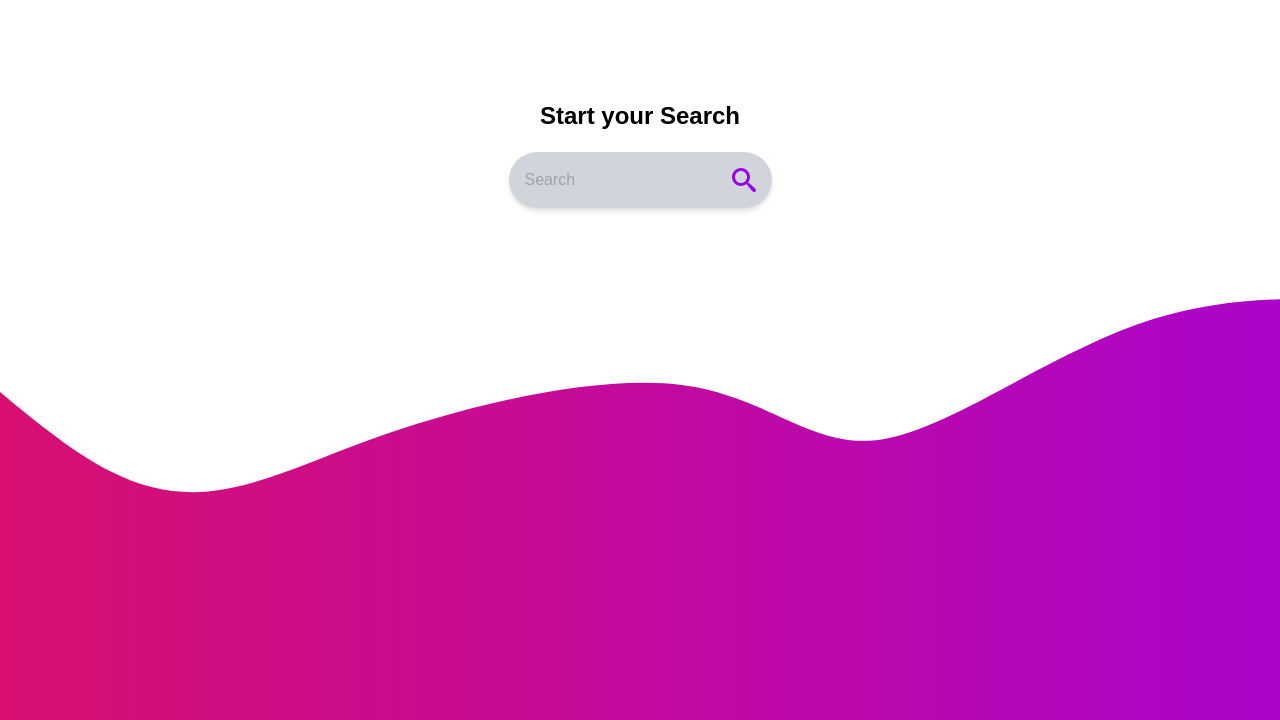
Repository: evergreenx/dictionary-octo
Page: /
An editor plug-in stored every save of this project. The page is shown before and after the next save, followed by the edit.
The browser window is 1280 px wide. The pictures show the whole page.
The project was rebuilt for these pictures with package versions that can differ from the ones it lists, and the page was loaded fresh each time. The framework's server and built-in components were replaced by stand-ins that run in the browser. Also part of the build but not shown: next.config.js.

Above is the page before, as saved 2022-04-30 14:59:21.

### pages/index.js
import Head from "next/head";
import Image from "next/image";
import bgimage from "../public/bg.svg";

import { ImSearch } from "react-icons/im";

export default function Home() {
  return (
    <div>
      <Head>
        <title>Create Next App</title>
        <meta name="description" content="Generated by create next app" />
        <link rel="icon" href="/favicon.ico" />
      </Head>

      <main className=" flex flex-col justify-center items-center py-20">
        <div className="input--container">
          <h1 className="text-2xl font-bold text-center py-5">
            Start your Search
          </h1>

          <div className="flex items-center bg-gray-300 shadow-md rounded-full p-4 ">
            <input
              className="input--text bg-gray-300 out"
              type="text"
              placeholder="Search"
            />

            <ImSearch className="text-[#9900efff] text-2xl" />
          </div>
        </div>
      </main>
    </div>
  );
}

### styles/globals.css
@tailwind base;
@tailwind components;
@tailwind utilities;

@import url("https://fonts.googleapis.com/css2?family=Quicksand&display=swap");

body {
  padding: 0;
  margin: 0;
  font-family: "Quicksand", sans-serif;
  background-image: url("../public/bg.svg");
  background-repeat: no-repeat;
  background-size: cover;
  background-position: bottom;

  height: 100vh;
  font-family: 'Quicksand', sans-serif;
}

a {
  color: inherit;
  text-decoration: none;
}

* {
  box-sizing: border-box;
}

Loaded but not shown: pages/_app.js (common file); tailwind.config.js (common file)

After the next save:
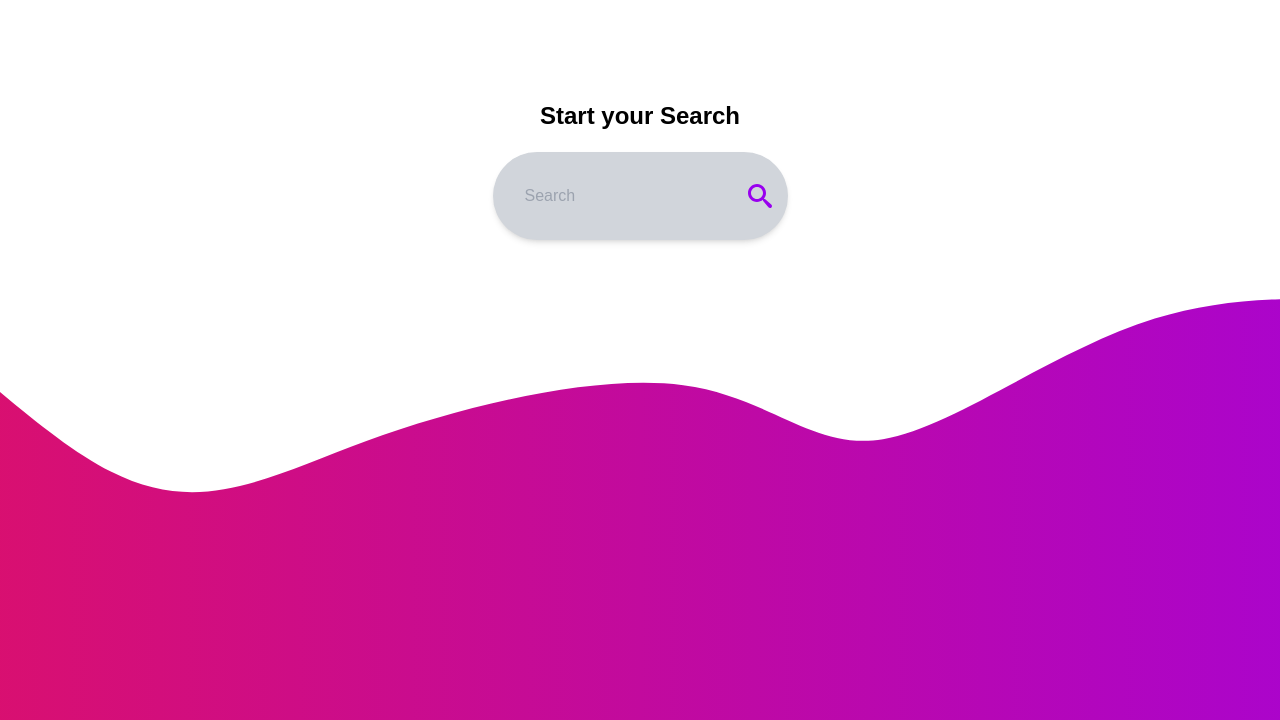
Saved 4 s later.
--- a/pages/index.js
+++ b/pages/index.js
@@ -21,7 +21,7 @@ export default function Home() {
 
           <div className="flex items-center bg-gray-300 shadow-md rounded-full p-4 ">
             <input
-              className="input--text bg-gray-300 out"
+              className="input--text bg-gray-300 outline-none p-4"
               type="text"
               placeholder="Search"
             />
